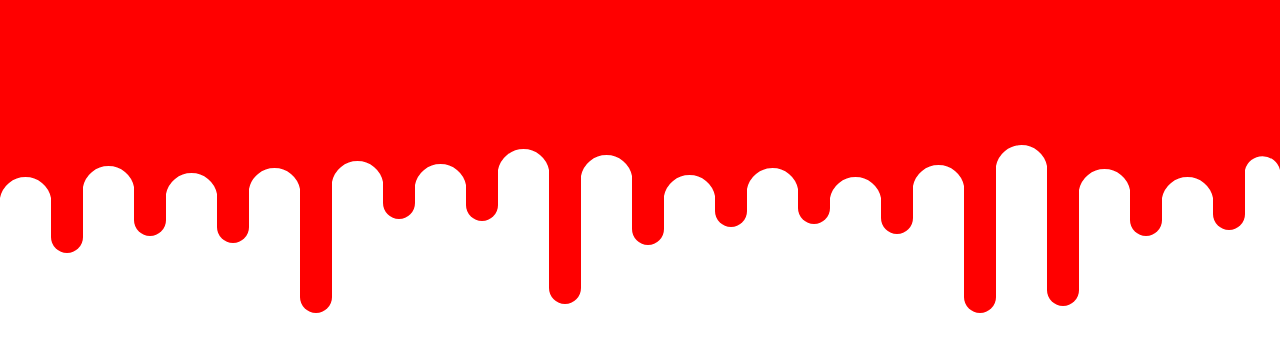
Repository: l-ollie/drip
Page: index.html
The author's editor kept a copy of each file at every save. The page is drawn from the files as they stood at one save, then again after the next save.
The browser window is 1280 px wide. The pictures show the whole page.

Above is the page before, as saved 2022-06-30 18:33:58.

After the next save:
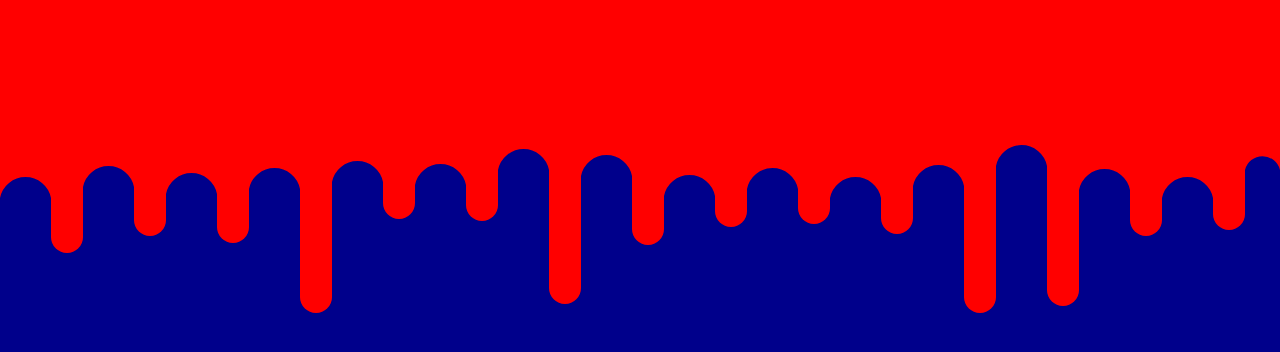
Saved 63 s later.
--- a/assets/style.css
+++ b/assets/style.css
@@ -1,6 +1,6 @@
 body{
     margin: 0px;
-    background-color:marineBlue;
+    background-color:darkblue;
 }
 
 #container{
